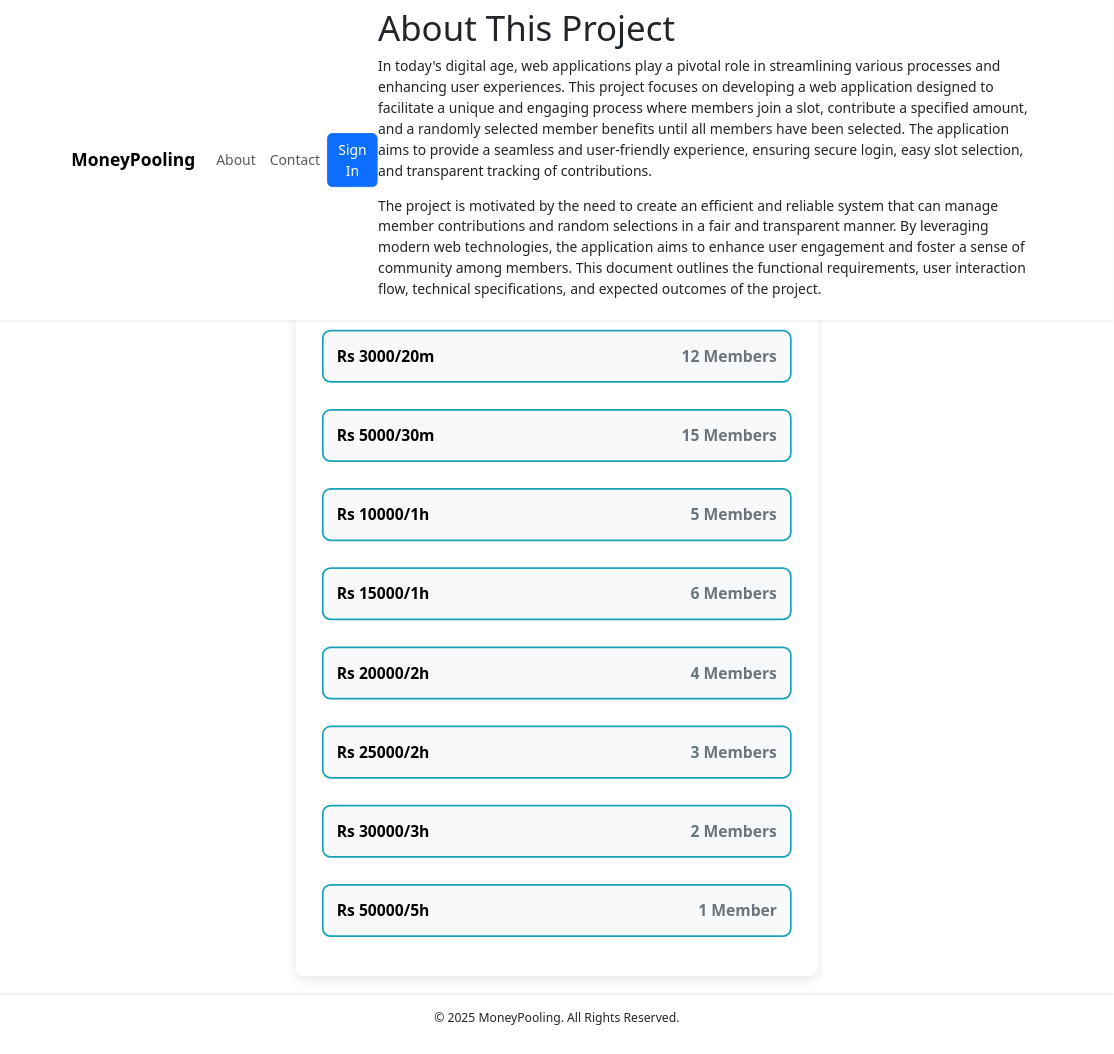
Repository: xxgautm420/MoneyPool
Page: templates/Index.html
The author's editor kept a copy of each file at every save. The page is drawn from the files as they stood at one save, then again after a run of saves.
The browser window is 1280 px wide. The pictures show the whole page, at 87% of full size.
The page is served by the project's application, run on Flask 3 (app.py). The template is opened directly, without the code that normally fills it, so the values that code supplies are empty.

Above is the page before, as saved 2025-03-02 09:07:33.

After the next 2 saves:
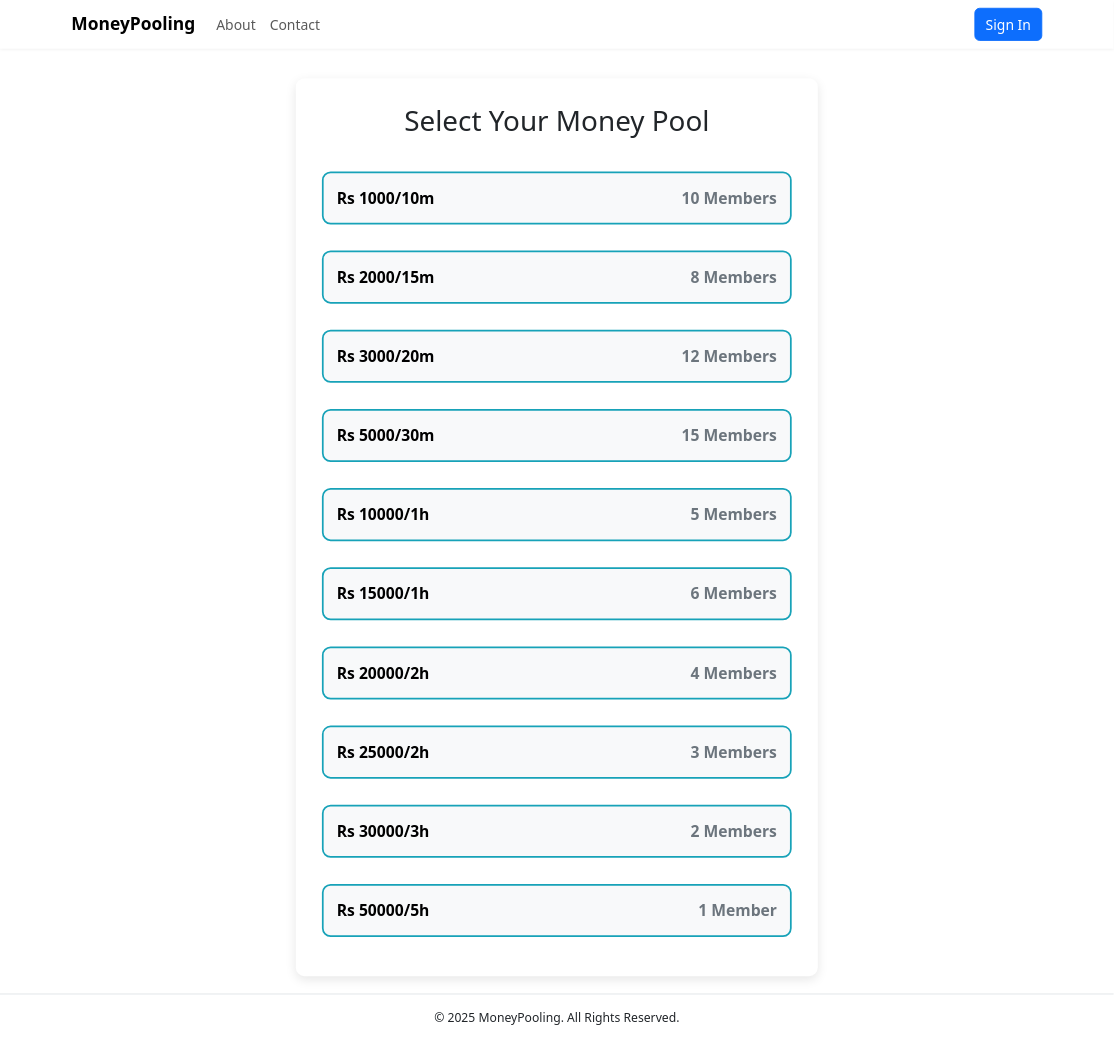
The 2 saves are shown as one change because they came seconds apart.
The last was saved 7 s later.
--- a/templates/Index.html
+++ b/templates/Index.html
@@ -30,7 +30,14 @@
 
 
     <main>
-        <div id="login"
+        <div id="loginFormContainer" class="login-container">
+            <div class="login-box">
+                <h3>Login</h3>
+                <input type="text" id="username" placeholder="Username">
+                <input type="password" id="password" placeholder="Password">
+                <button id="loginSubmit" class="btn btn-success">Login</button>
+                <button id="closeLogin" class="btn btn-danger">Close</button>
+            </div>
         <section>
             <h1>About This Project</h1>
             <p>In today's digital age, web applications play a pivotal role in streamlining various processes and enhancing user experiences. This project focuses on developing a web application designed to facilitate a unique and engaging process where members join a slot, contribute a specified amount, and a randomly selected member benefits until all members have been selected. The application aims to provide a seamless and user-friendly experience, ensuring secure login, easy slot selection, and transparent tracking of contributions.</p>

After the save that followed:
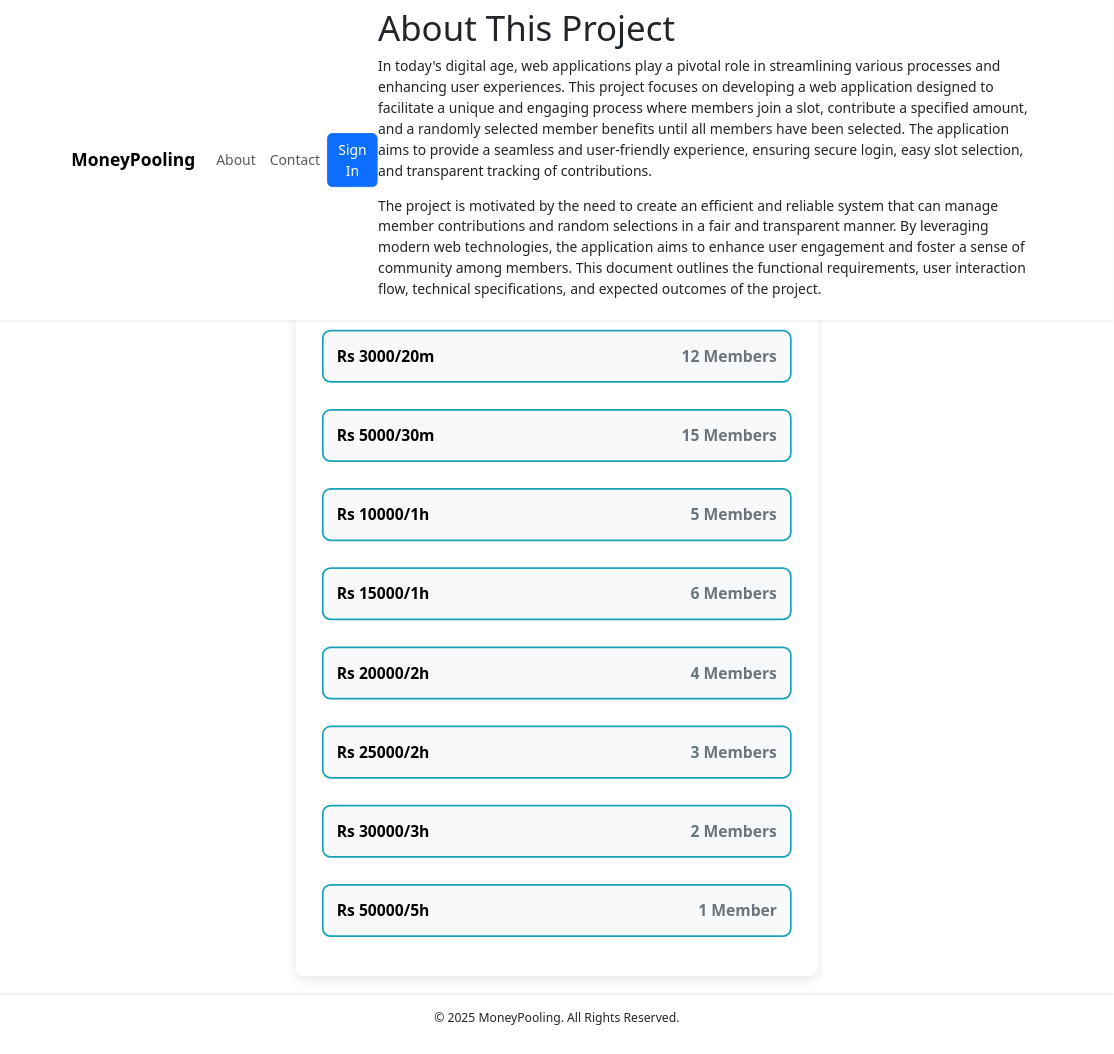
Saved 11 s later.
--- a/templates/Index.html
+++ b/templates/Index.html
@@ -30,14 +30,7 @@
 
 
     <main>
-        <div id="loginFormContainer" class="login-container">
-            <div class="login-box">
-                <h3>Login</h3>
-                <input type="text" id="username" placeholder="Username">
-                <input type="password" id="password" placeholder="Password">
-                <button id="loginSubmit" class="btn btn-success">Login</button>
-                <button id="closeLogin" class="btn btn-danger">Close</button>
-            </div>
+        <div id="loginFormContainer"
         <section>
             <h1>About This Project</h1>
             <p>In today's digital age, web applications play a pivotal role in streamlining various processes and enhancing user experiences. This project focuses on developing a web application designed to facilitate a unique and engaging process where members join a slot, contribute a specified amount, and a randomly selected member benefits until all members have been selected. The application aims to provide a seamless and user-friendly experience, ensuring secure login, easy slot selection, and transparent tracking of contributions.</p>
